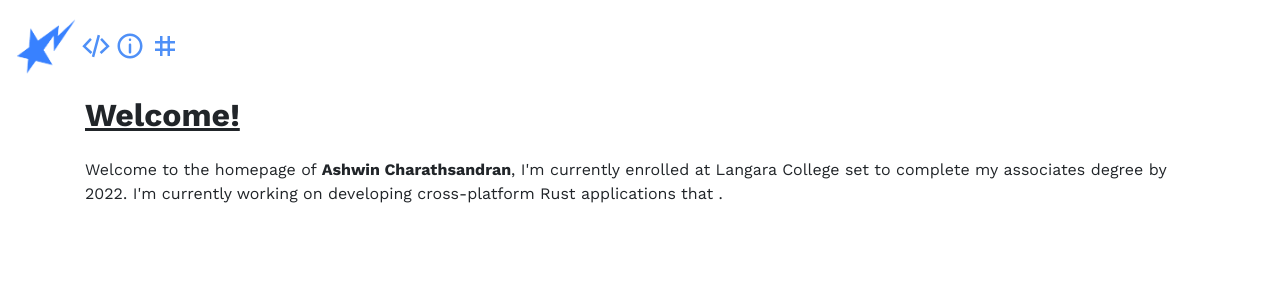
Repository: xxiz/ashwin.lol_flask
Page: http://localhost/
An editor plug-in stored every save of this project. The page is shown before and after the next save, followed by the edit.
The browser window is 1280 px wide. The pictures show the whole page.
The page is served by the project's application, run on Flask 3 (app.py).

Above is the page before, as saved 2021-08-31 17:05:35.

### templates/index.html
{% extends 'base.html'%}
{% block content %}
    <h1>Welcome!</h1>
    <p>Welcome to the homepage of <b>Ashwin Charathsandran</b>, I'm currently enrolled at Langara College set to complete my associates degree by 2022. I'm currently working on developing cross-platform Rust applications that . </p>
{% endblock %}

### templates/base.html
<!DOCTYPE html>
<html lang="en">
<head>
    <meta charset="UTF-8">
    <meta http-equiv="X-UA-Compatible" content="IE=edge">
    <meta name="viewport" content="width=device-width, initial-scale=1.0">
    <meta name="viewport" content="width=device-width, initial-scale=1">
    <link rel="stylesheet" href="https://stackpath.bootstrapcdn.com/bootstrap/4.1.3/css/bootstrap.min.css" integrity="sha384-MCw98/SFnGE8fJT3GXwEOngsV7Zt27NXFoaoApmYm81iuXoPkFOJwJ8ERdknLPMO" crossorigin="anonymous">
    <link href='https://css.gg/home-alt.css' rel='stylesheet'>
    <link rel="stylesheet" href="static/app.css">
    <title>{{ title }}</title>
</head>
<body>
  <header>
    <nav>
      <!-- <a href="/"><?xml version="1.0" encoding="UTF-8"?><svg fill="none" viewBox="0 0 24 24" xmlns="http://www.w3.org/2000/svg"><path d="m6 22.879c-1.6568 0-3-1.3432-3-3v-10c0-0.03389 0.00169-0.0674 0.00498-0.10043h-0.00498c0-0.57596 0.2288-1.1283 0.63607-1.5356l6.2426-6.2426c1.1715-1.1716 3.071-1.1716 4.2426 0l6.2426 6.2426c0.4073 0.40726 0.6361 0.95963 0.6361 1.5356h-5e-3c0.0033 0.03303 5e-3 0.06654 5e-3 0.10043v10c0 1.6568-1.3431 3-3 3h-12zm6.7071-19.464 6.2929 6.2929v10.172c0 0.5522-0.4477 1-1 1h-3v-5c0-1.6569-1.3431-3-3-3s-3 1.3431-3 3v5h-3c-0.55228 0-1-0.4478-1-1v-10.172l6.2929-6.293c0.3905-0.39052 1.0237-0.39052 1.4142 0z" clip-rule="evenodd" fill="currentColor" fill-rule="evenodd"/></svg></a> -->
      <a class="logo" href="/"><img src="/static/logo.png" alt="A"></a>
      <a href="/projects"><?xml version="1.0" encoding="UTF-8"?><svg viewBox="0 0 24 24" xmlns="http://www.w3.org/2000/svg"><path d="m13.325 3.0501-4.6576 17.382 1.9319 0.5176 4.6575-17.382-1.9318-0.51764z" fill="currentColor"/><path d="m7.612 18.361 1.3594-1.4484-5e-4 -0.0191-5.0943-4.7812 4.7904-5.1041-1.4583-1.3687-6.1591 6.5624 6.5624 6.1591z" fill="currentColor"/><path d="m16.388 18.361-1.3594-1.4484 5e-4 -0.0191 5.0943-4.7812-4.7904-5.1041 1.4583-1.3687 6.1591 6.5624-6.5624 6.1591z" fill="currentColor"/></svg></a>
      <a href=""><?xml version="1.0" encoding="UTF-8"?><svg viewBox="0 0 24 24" xmlns="http://www.w3.org/2000/svg"><path d="m11 10.979c0-0.5523 0.4477-1 1-1s1 0.44773 1 1v6c0 0.5523-0.4477 1-1 1s-1-0.4477-1-1v-6z" fill="currentColor"/><path d="m12 6.0512c-0.5523 0-1 0.44771-1 1 0 0.55228 0.4477 1 1 1s1-0.44772 1-1c0-0.55229-0.4477-1-1-1z" fill="currentColor"/><path d="m12 2c-5.5228 0-10 4.4772-10 10 0 5.5228 4.4772 10 10 10 5.5228 0 10-4.4772 10-10 0-5.5228-4.4772-10-10-10zm-8 10c0 4.4183 3.5817 8 8 8 4.4183 0 8-3.5817 8-8 0-4.4183-3.5817-8-8-8-4.4183 0-8 3.5817-8 8z" clip-rule="evenodd" fill="currentColor" fill-rule="evenodd"/></svg></a>
      <a href=""><?xml version="1.0" encoding="UTF-8"?><svg fill="none" viewBox="0 0 24 24" xmlns="http://www.w3.org/2000/svg"><path d="m8 4v4h-4v2h4v4h-4v2h4v4h2v-4h4v4h2v-4h4v-2h-4v-4h4v-2h-4v-4h-2v4h-4v-4h-2zm6 10v-4h-4v4h4z" clip-rule="evenodd" fill="currentColor" fill-rule="evenodd"/></svg></a>
    </nav>
  </header>
  <main>
    <div class="container">
      {% block content %} {% endblock %}
  </div>
  </main>
    <script src="https://code.jquery.com/jquery-3.3.1.slim.min.js" integrity="sha384-q8i/X+965DzO0rT7abK41JStQIAqVgRVzpbzo5smXKp4YfRvH+8abtTE1Pi6jizo" crossorigin="anonymous"></script>
    <script src="https://cdnjs.cloudflare.com/ajax/libs/popper.js/1.14.3/umd/popper.min.js" integrity="sha384-ZMP7rVo3mIykV+2+9J3UJ46jBk0WLaUAdn689aCwoqbBJiSnjAK/l8WvCWPIPm49" crossorigin="anonymous"></script>
    <script src="https://stackpath.bootstrapcdn.com/bootstrap/4.1.3/js/bootstrap.min.js" integrity="sha384-ChfqqxuZUCnJSK3+MXmPNIyE6ZbWh2IMqE241rYiqJxyMiZ6OW/JmZQ5stwEULTy" crossorigin="anonymous"></script>
</body>
</html>

### app.py
from flask import Flask, request
from web.content import index_page, projects_page
web = Flask(__name__)
web.config['SQLALCHEMY_TRACK_MODIFICATIONS'] = False

@web.route('/')
def index():
    return index_page()

@web.route('/projects')
def projects():
    return projects_page()

### web/content.py
from flask import render_template
import json

# Page Content
prefix = "Ashwin Charathsandran — "

# Meta Tags
preview_message = ""
preview_title = ""
preview_image = ""

with open('web/projects.json', 'r') as file:
    projects = json.load(file)

def index_page():
    return render_template('index.html',
    title = prefix + "Welcome!",
    preview_title = preview_title,
    preview_image = preview_image,
    preview_message = preview_message)

def projects_page():
    return render_template('projects.html',
    title = prefix + "Projects",
    items = projects,
    preview_title = preview_title,
    preview_image = preview_image,
    preview_message = preview_message)

### web/projects.json
[
        {
            "title": "Vernon",
            "description": "Quality-focused reboot composite",
            "image_url": "http://placeimg.com/640/480"
        },
        {
            "title": "Nolan",
            "description": "Multi-layered firmware",
            "image_url": "http://placeimg.com/640/480"
        },
        {
            "title": "Reyes",
            "description": "array national",
            "image_url": "http://placeimg.com/640/480"
        }
]

### static/app.css
@import url('https://fonts.googleapis.com/css2?family=Work+Sans:wght@400;700&display=swap');

:root {
    --blue: #4f90f7;
    --red: #d93434;
}

h1 {
    font-family: 'Work Sans', sans-serif;
    font-weight: 700;
    padding-bottom: 0.5em; padding-top: 0.5em;
    text-decoration: underline;
    font-size: 32px;
}

p {
    font-family: 'Work Sans', sans-serif;
    font-weight: 400;
}

a {
    text-decoration: none;
    color: var(--blue);
}

a:hover {
    animation: hover-effect 1s infinite linear;
}

.card {
    margin-bottom: 1.5em;
}

.description {
    padding-bottom: 0.5em;
    font-size: 18px;
}
nav {
    padding: 1em;
    overflow: hidden;
    position: fixed;
    top: 0;
    width: 100%;
}

nav a svg {
    width: 30px;
}

.navbar-logo {
    margin-right: 50px;
    width: 60px;
}

.nav-item {
    font-weight: 700;
}
main {
    padding-top: 80px;
}

.logo img {
    width: 60px;
}

@keyframes hover-effect {
    0% {
        color: var(--blue);
    }
    50% {
        color: var(--red);

    }
    100% {
        color: var(--blue);
    }
}

After the next save:
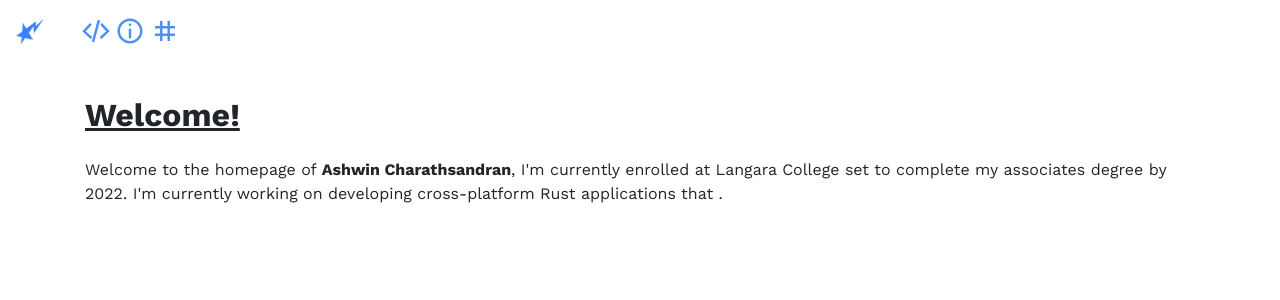
Saved 13 s later.
--- a/static/app.css
+++ b/static/app.css
@@ -61,6 +61,7 @@ main {
 
 .logo img {
     width: 60px;
+    padding-right: 2em;
 }
 
 @keyframes hover-effect {
